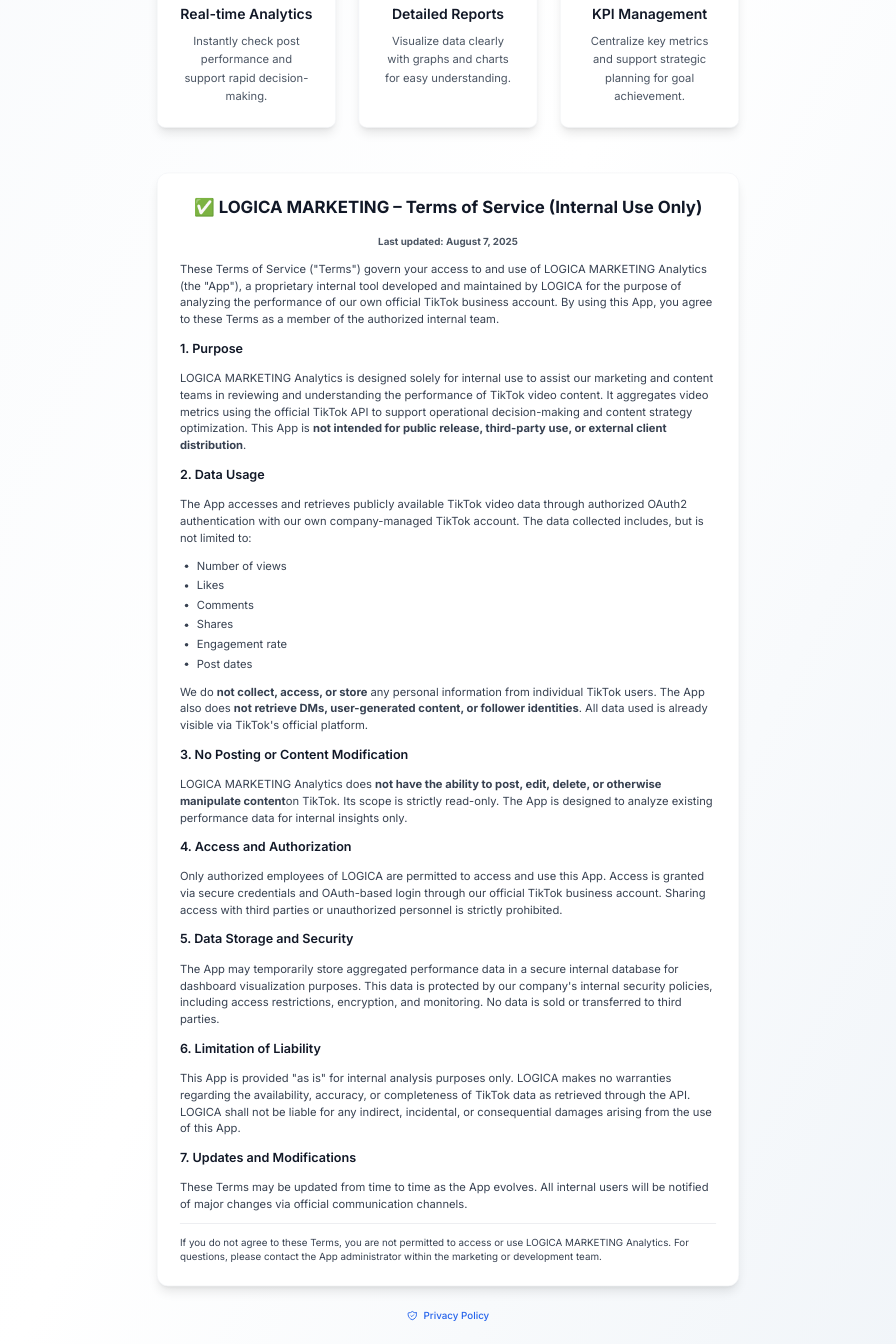
Repository: masayasusuzuki/LogicaMarketingTool
Page: /
The author's editor kept a copy of each file at every save. The page is drawn from the files as they stood at one save, then again after the next save.
The browser window is 1280 px wide. The pictures show the part of the page from y = 711 to 2631 px (the page is 2685 px tall before and 1062 px after), at 70% of full size.
The project was rebuilt for these pictures with package versions that can differ from the ones it lists, and the page was loaded fresh each time. The framework's server and built-in components were replaced by stand-ins that run in the browser. Also part of the build but not shown: next.config.js.

Above is the page before, as saved 2025-08-07 12:52:34.

After the next save:
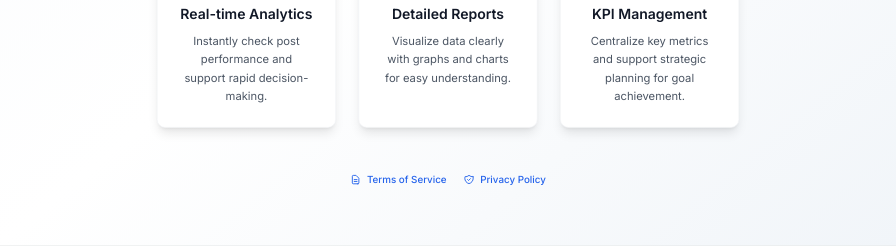
Saved 28 s later.
--- a/src/app/page.tsx
+++ b/src/app/page.tsx
@@ -104,93 +104,17 @@
             </div>
           </div>
 
-          {/* Terms of Service */}
-          <div id="terms" className="bg-white rounded-2xl p-8 shadow-lg border border-gray-100 text-left">
-            <h2 className="text-2xl font-bold text-gray-900 mb-6 text-center">✅ LOGICA MARKETING – Terms of Service (Internal Use Only)</h2>
-
-            <div className="text-sm text-gray-600 mb-4 text-center">
-              <strong>Last updated: August 7, 2025</strong>
-            </div>
-
-            <div className="prose prose-sm max-w-none text-gray-700 space-y-4">
-              <p>
-                These Terms of Service ("Terms") govern your access to and use of LOGICA MARKETING Analytics (the "App"),
-                a proprietary internal tool developed and maintained by LOGICA for the purpose of analyzing the performance
-                of our own official TikTok business account. By using this App, you agree to these Terms as a member of the
-                authorized internal team.
-              </p>
-
-              <h3 className="text-lg font-semibold text-gray-900 mt-6 mb-3">1. Purpose</h3>
-              <p>
-                LOGICA MARKETING Analytics is designed solely for internal use to assist our marketing and content teams
-                in reviewing and understanding the performance of TikTok video content. It aggregates video metrics using
-                the official TikTok API to support operational decision-making and content strategy optimization.
-                This App is <strong>not intended for public release, third-party use, or external client distribution</strong>.
-              </p>
-
-              <h3 className="text-lg font-semibold text-gray-900 mt-6 mb-3">2. Data Usage</h3>
-              <p>
-                The App accesses and retrieves publicly available TikTok video data through authorized OAuth2 authentication
-                with our own company-managed TikTok account. The data collected includes, but is not limited to:
-              </p>
-              <ul className="list-disc pl-6 space-y-1">
-                <li>Number of views</li>
-                <li>Likes</li>
-                <li>Comments</li>
-                <li>Shares</li>
-                <li>Engagement rate</li>
-                <li>Post dates</li>
-              </ul>
-              <p className="mt-3">
-                We do <strong>not collect, access, or store</strong> any personal information from individual TikTok users.
-                The App also does <strong>not retrieve DMs, user-generated content, or follower identities</strong>.
-                All data used is already visible via TikTok's official platform.
-              </p>
-
-              <h3 className="text-lg font-semibold text-gray-900 mt-6 mb-3">3. No Posting or Content Modification</h3>
-              <p>
-                LOGICA MARKETING Analytics does <strong>not have the ability to post, edit, delete, or otherwise manipulate content</strong>
-                on TikTok. Its scope is strictly read-only. The App is designed to analyze existing performance data for internal insights only.
-              </p>
-
-              <h3 className="text-lg font-semibold text-gray-900 mt-6 mb-3">4. Access and Authorization</h3>
-              <p>
-                Only authorized employees of LOGICA are permitted to access and use this App. Access is granted via secure
-                credentials and OAuth-based login through our official TikTok business account. Sharing access with third
-                parties or unauthorized personnel is strictly prohibited.
-              </p>
-
-              <h3 className="text-lg font-semibold text-gray-900 mt-6 mb-3">5. Data Storage and Security</h3>
-              <p>
-                The App may temporarily store aggregated performance data in a secure internal database for dashboard
-                visualization purposes. This data is protected by our company's internal security policies, including
-                access restrictions, encryption, and monitoring. No data is sold or transferred to third parties.
-              </p>
-
-              <h3 className="text-lg font-semibold text-gray-900 mt-6 mb-3">6. Limitation of Liability</h3>
-              <p>
-                This App is provided "as is" for internal analysis purposes only. LOGICA makes no warranties regarding
-                the availability, accuracy, or completeness of TikTok data as retrieved through the API. LOGICA shall
-                not be liable for any indirect, incidental, or consequential damages arising from the use of this App.
-              </p>
-
-              <h3 className="text-lg font-semibold text-gray-900 mt-6 mb-3">7. Updates and Modifications</h3>
-              <p>
-                These Terms may be updated from time to time as the App evolves. All internal users will be notified
-                of major changes via official communication channels.
-              </p>
-
-              <div className="border-t border-gray-200 pt-4 mt-6">
-                <p className="text-sm">
-                  If you do not agree to these Terms, you are not permitted to access or use LOGICA MARKETING Analytics.
-                  For questions, please contact the App administrator within the marketing or development team.
-                </p>
-              </div>
-            </div>
-          </div>
-
-          {/* Privacy Policy Link */}
-          <div className="mt-8 text-center">
+          {/* Legal Links */}
+          <div className="mt-8 text-center space-x-6">
+            <Link
+              href="/terms"
+              className="inline-flex items-center text-blue-600 hover:text-blue-700 font-medium text-sm"
+            >
+              <svg className="w-4 h-4 mr-2" fill="none" stroke="currentColor" viewBox="0 0 24 24">
+                <path strokeLinecap="round" strokeLinejoin="round" strokeWidth={2} d="M9 12h6m-6 4h6m2 5H7a2 2 0 01-2-2V5a2 2 0 012-2h5.586a1 1 0 01.707.293l5.414 5.414a1 1 0 01.293.707V19a2 2 0 01-2 2z" />
+              </svg>
+              Terms of Service
+            </Link>
             <Link
               href="/privacy"
               className="inline-flex items-center text-blue-600 hover:text-blue-700 font-medium text-sm"
